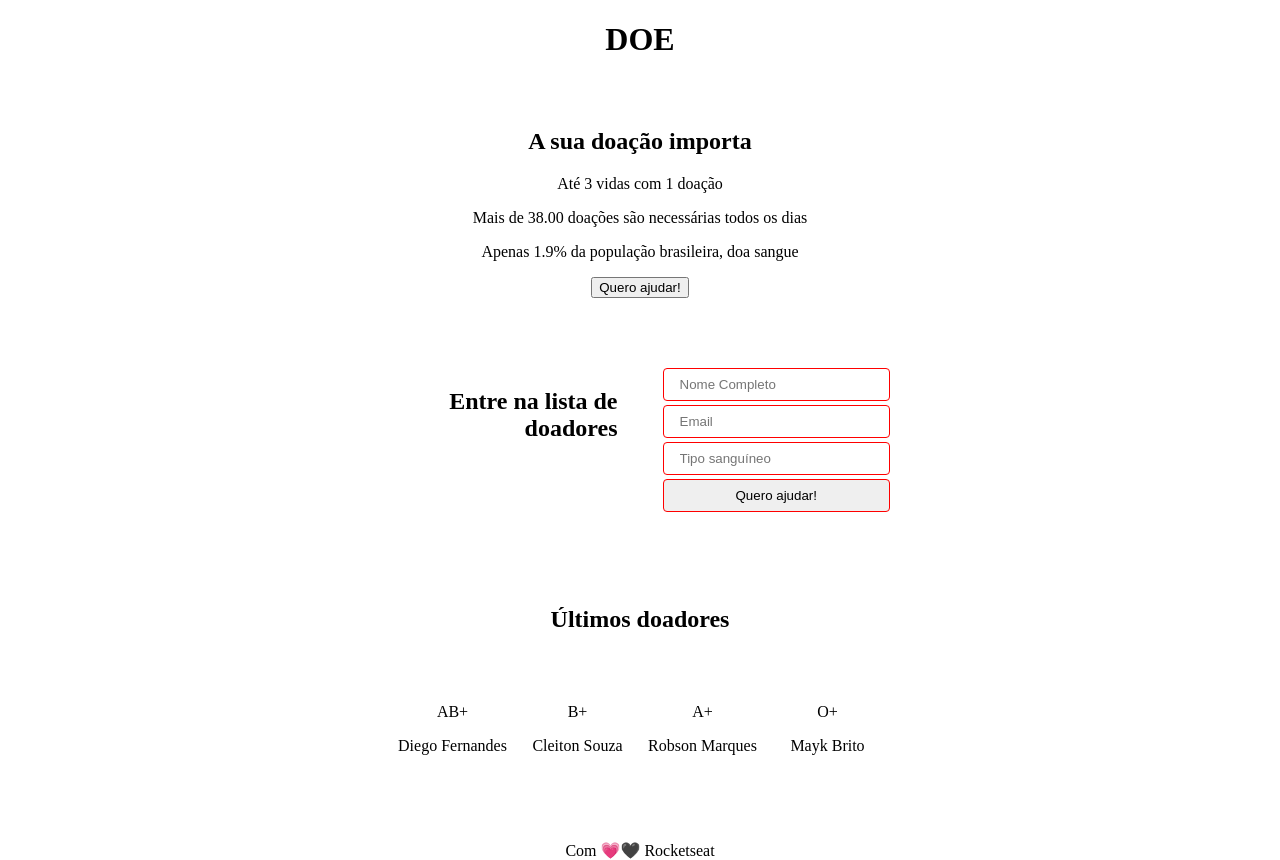
Repository: lucas-silva-dev/Doe
Page: index.html
The author's editor kept a copy of each file at every save. The page is drawn from the files as they stood at one save, then again after the next save.
The browser window is 1280 px wide. The pictures show the whole page.
Some web fonts or font styles are not loaded; a fallback is used.

Above is the page before, as saved 2020-02-18 16:19:40.

### index.html
<!DOCTYPE html>
<!-- HTML
  HYPERTEXT
    Texto que contém links para outros documentos

  MARKUP
    Texto conterá marcações
    <tags>

  LANGUAGE
    Para comunicar de certa maneira. Sintaxe específica
-->
<html>

<head>
  <!-- são as configurações da minha página-->
  <title>Doe sangue! Doe vida!</title>

  <link rel="stylesheet" href="style.css">
  <link href="https://fonts.googleapis.com/css?family=Asap|Asap+Condensed&display=swap" rel="stylesheet">

</head>

<body>
  <!-- Aqui vem todo conteúdo visível para o usuário, dentro de certa página-->
  <header>
    <h1>DOE</h1>
    <h2>A sua doação importa</h2>
    <p>Até 3 vidas com 1 doação</p>
    <p>Mais de 38.00 doações são necessárias todos os dias</p>
    <p>Apenas 1.9% da população brasileira, doa sangue</p>
    <button>Quero ajudar!</button>
  </header>

  <section class="form">
    <h2>Entre na lista de doadores</h2>
    <form action="/">
      <input type="text" name="name" placeholder="Nome Completo">
      <input type="text" name="email" placeholder="Email">
      <input type="text" name="blood" placeholder="Tipo sanguíneo">
      <button type="submit">Quero ajudar!</button>
    </form>
  </section>

  <main>
    <h2>Últimos doadores</h2>

    <section class="donors">
      <div class="donor">
        <div class="blood">AB+</div>
        <p>Diego Fernandes</p>
      </div>
      <div class="donor">
        <div class="blood">B+</div>
        <p>Cleiton Souza</p>
      </div>
      <div class="donor">
        <div class="blood">A+</div>
        <p>Robson Marques</p>
      </div>
      <div class="donor">
        <div class="blood">O+</div>
        <p>Mayk Brito</p>
      </div>
    </section>
  </main>

  <footer> Com 💗🖤 Rocketseat</footer>

</body>

</html>

### style.css
/*
  CASCADING STYLESHEET
*/

/* GLOBAL */
html,
body {
  margin: 0;
  box-sizing: border-box;
}

body {
  display: flex;
  flex-direction: column;
  /* height: 100vh; */
}

/* TITULOS */
header h1,
main h2 {
  margin-bottom: 70px;
}

.form h2 {
  text-align: right;
}

/* ESTRUTURA */
header,
main,
footer {
  /* alinhamento de textos */
  text-align: center;
}

header,
.form,
main {
  /* espaçamentos com margin */
  margin: 0 auto 70px;

  /* limites dos elementos */
  width: 90%;
  max-width: 500px;
}

/* HEADER */

/* FORM */
section.form {
  display: grid;
  grid-template-columns: 1fr 1fr;

  gap: 45px;
}

form input,
form button {
  /* largura */
  width: 100%;

  /* espaçamentos */
  margin-bottom: 4px;

  /* corrigindo comportamento padrão css */
  padding: 8px 16px;

  /* preenchimento */
  box-sizing: border-box;

  /* bordas */
  border-radius: 4px;
  border: 1px red solid;
}

/* MAIN */
main .donors {
  display: grid;
  grid-template-columns: 1fr 1fr 1fr 1fr;
}

footer {
  margin-top: auto;
}

After the next save:
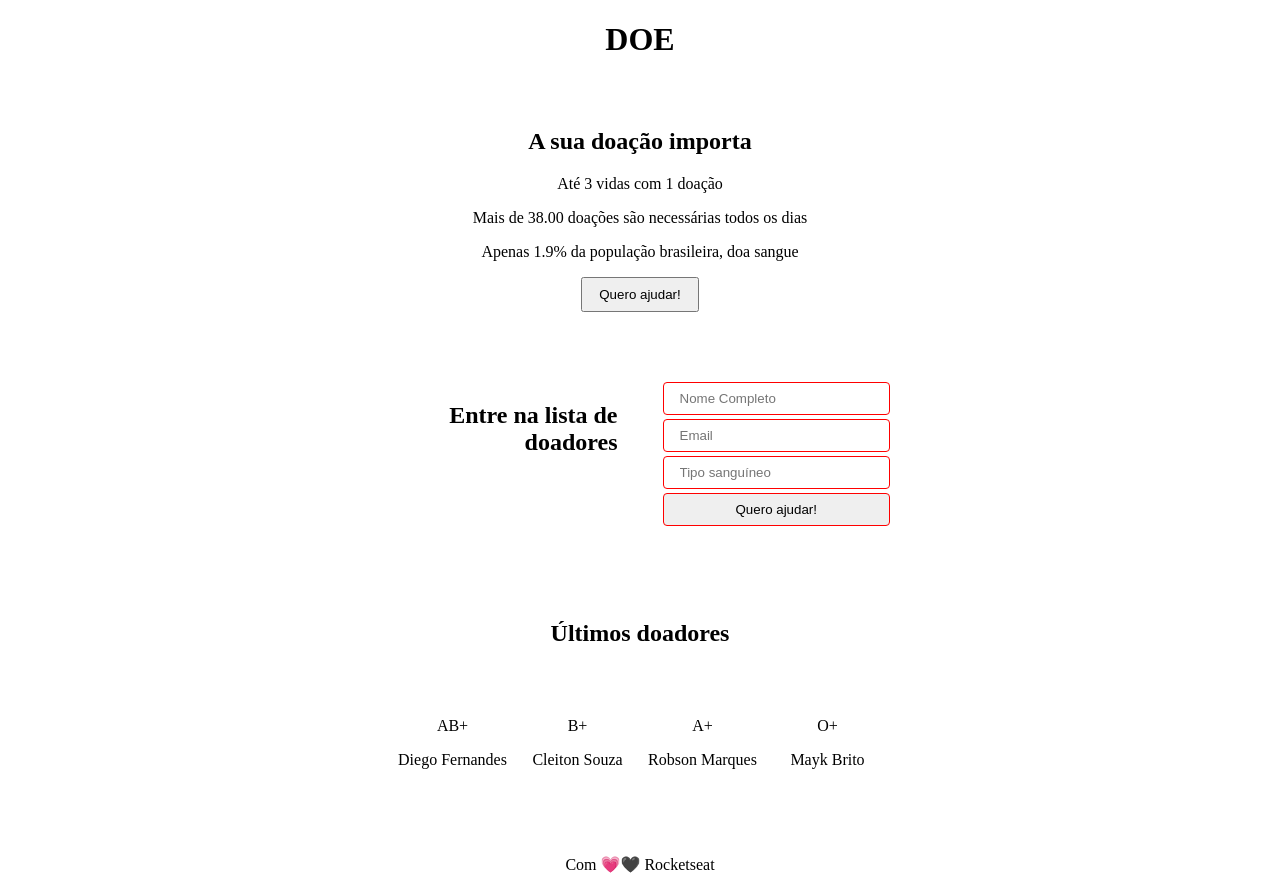
Saved 20 s later.
--- a/style.css
+++ b/style.css
@@ -46,6 +46,10 @@ main {
 
 /* HEADER */
 
+header button {
+  padding: 8px 16px;
+}
+
 /* FORM */
 section.form {
   display: grid;
